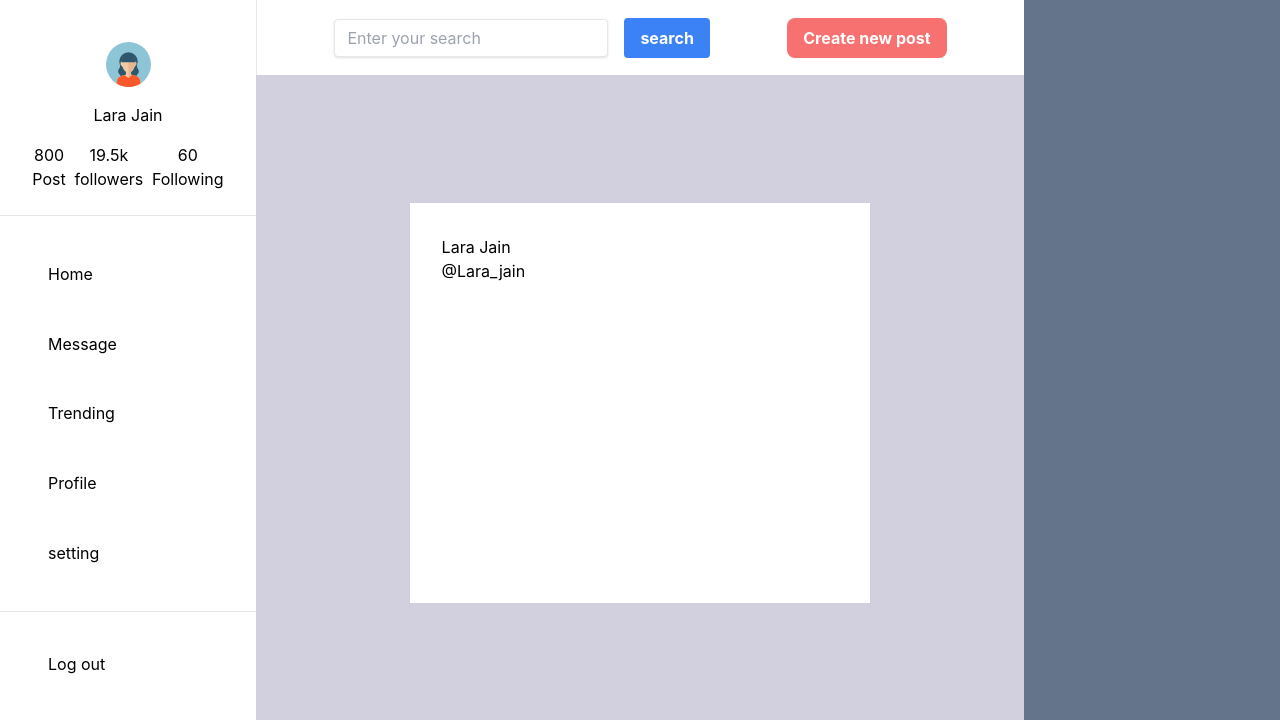
Repository: cosmicswati/upgrad-captions-project
Page: /
These files come from the project's save history. The page is drawn as it stood at one moment and after the next save; the edit follows.
The browser window is 1280 px wide. The pictures show the whole page.
The project was rebuilt for these pictures with package versions that can differ from the ones it lists, and the page was loaded fresh each time. Also part of the build but not shown: src/modules/Authorization/Form.jsx, src/modules/Authorization/index.js.

Above is the page before, as saved 2024-04-09 15:18:41.

### src/index.css
@tailwind base;
@tailwind components;
@tailwind utilities;

body {
  margin: 0;
  font-family: -apple-system, BlinkMacSystemFont, 'Segoe UI', 'Roboto', 'Oxygen',
    'Ubuntu', 'Cantarell', 'Fira Sans', 'Droid Sans', 'Helvetica Neue',
    sans-serif;
  -webkit-font-smoothing: antialiased;
  -moz-osx-font-smoothing: grayscale;
}

code {
  font-family: source-code-pro, Menlo, Monaco, Consolas, 'Courier New',
    monospace;
}

.scrollbar-hide::-webkit-scrollbar{
  display: none;
}

### src/App.js
import Auth from "./modules/Authorization";
import Home from "./modules/Home";


function App() {
  return (
    <div>
      {/* <Auth />  */}
      <Home />
    </div>
  );
}

export default App;

### src/modules/Home/index.js
import React from 'react'
import { ReactComponent as Avatar} from '../../assets/Avatar.svg'
import Input from '../../components/Input';
import Button from '../../components/Button';

const Home = () => {
  return (
    <div className='h-screen bg-[#d2cfdf]  flex overflow-hidden'>
        <div className='w-[20%] bg-white flex flex-col'>
            <div className='h-[30%] flex justify-center items-center border-b'>
                <div className='flex flex-col justify-center items-center'>
                    <Avatar width={'45px'} height={'45px'}/>
                    <p className='my-4'>Lara Jain</p>
                    <div className='h-[30px] flex justify-around w-[200px] text-center'>
                        <div className='flex flex-col justify-around items-center'>
                            <h4>800</h4>
                            <p>Post</p>
                        </div>
                        <div>
                            <h4>19.5k</h4>
                            <p>followers</p>
                        </div>
                        <div>
                            <h4>60</h4>
                            <p>Following</p>
                        </div>
                    </div>
                </div>
            </div>
            <div className='h-[55%] flex flex-col justify-evenly pl-12 border-b'>
                    <div>Home</div>
                    <div>Message</div>
                    <div>Trending</div>
                    <div>Profile</div>
                    <div>setting</div>
            </div>
            <div className='h-[15%] pt-10'>
                <div className='ml-12 cursor-pointer'>Log out</div>
            </div>
        </div>
        <div className='w-[60%] overflow-scroll h-full scrollbar-hide'>
            <div className='bg-white h-[75px] border-l flex justify-evenly items-center pt-4'>
                 <div className='flex justify-center items-center'>
                    <Input placeholder='Enter your search '/>
                    <Button label='search'  className='mb-4 ml-4'/>
                 </div>
                 <Button label='Create new post'  className='rounded-lg bg-red-400 hover:bg-red-500 mb-4'/>
            </div>
            <div className='bg-white w-[60%] h-[400px] mx-auto mt-32 p-8'>
                <div>
                    <h3>Lara Jain</h3>
                    <p>@Lara_jain</p>
                </div>
            </div>
        </div>
        <div className='w-[20%] bg-slate-500'></div>
    </div>
  )
}

export default Home

### src/components/Input/index.js
import React from 'react'

const Input = ({
    name = '',
    label ='',
    type ='',
    placeholder =''
}) => {
  return (
    <div class="mb-4">
        {
          label &&
          <label class="block text-gray-700 text-sm font-bold mb-2" for={name}>
             {label}
          </label>
        }

        <input class="shadow apperance-none border rounded w-full py-2 px-3
         text-gray-700 leading-tight focus:outline-none focus:shadow-outline"
         id={name} type={type} placeholder={placeholder} />

    </div>
  )

}

export default Input

### src/components/Button/index.js
import React from 'react'

const Button = ({
    label ='',
    className =''
}) => {
  return (
    <button className={`bg-blue-500 hover:bg-blue-700 text-white font-bold py-2 px-4 rounded ${className}`}>
      {label}
  </button>
  )
}

export default Button

### tailwind.config.js
/** @type {import('tailwindcss').Config} */
module.exports = {
 mode:'jit',
 purge: [
  './public/**/*.html',
  './src/**/*.{js,jsx,ts,tsx,vue}',
 ],
  content: [
    "./src/**/*.{js,jsx,ts,tsx}",
  ],
  theme: {
    extend: {},
  },
  plugins: [],
}

Loaded but not shown: public/index.html (common file); src/index.js (common file); src/reportWebVitals.js (common file)

After the next save:
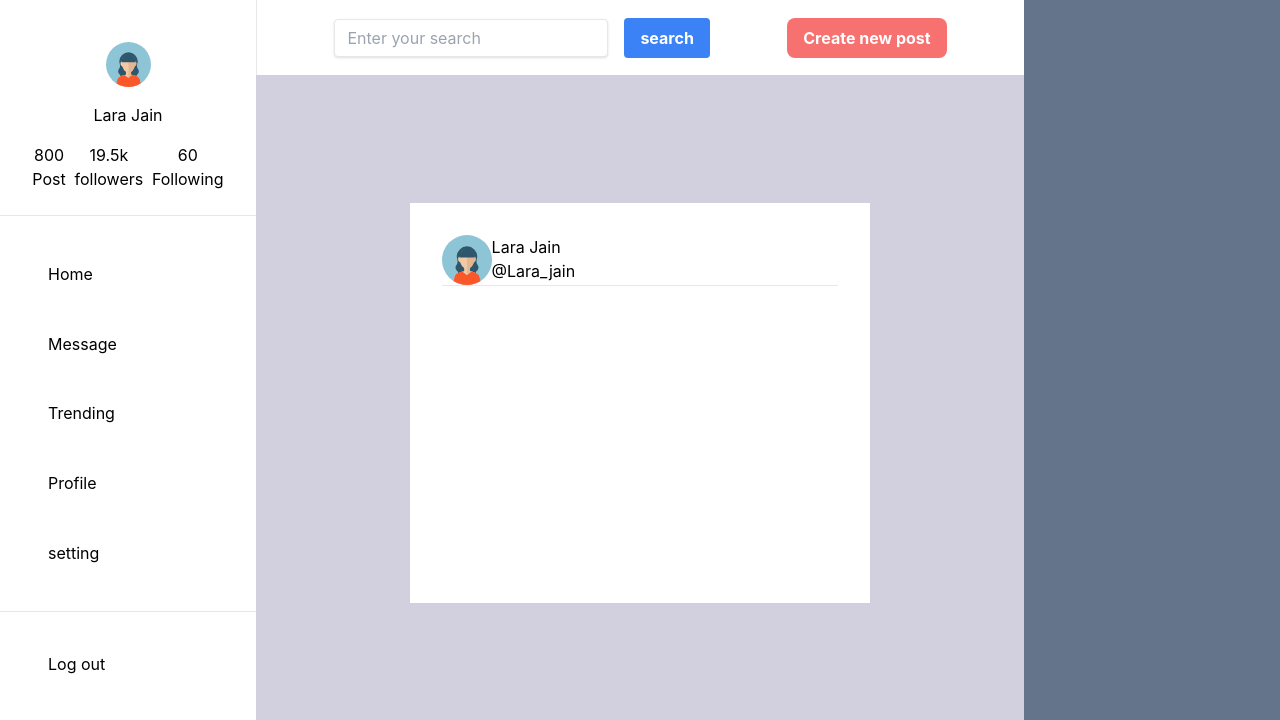
Saved 3 min 27 s later.
--- a/src/modules/Home/index.js
+++ b/src/modules/Home/index.js
@@ -47,9 +47,12 @@ const Home = () => {
                  <Button label='Create new post'  className='rounded-lg bg-red-400 hover:bg-red-500 mb-4'/>
             </div>
             <div className='bg-white w-[60%] h-[400px] mx-auto mt-32 p-8'>
-                <div>
-                    <h3>Lara Jain</h3>
+                <div className='border-b flex item-center'>
+                    <Avatar width={'50px'} height={'50px'} />
+                   <div>
+                   <h3>Lara Jain</h3>
                     <p>@Lara_jain</p>
+                   </div>
                 </div>
             </div>
         </div>
